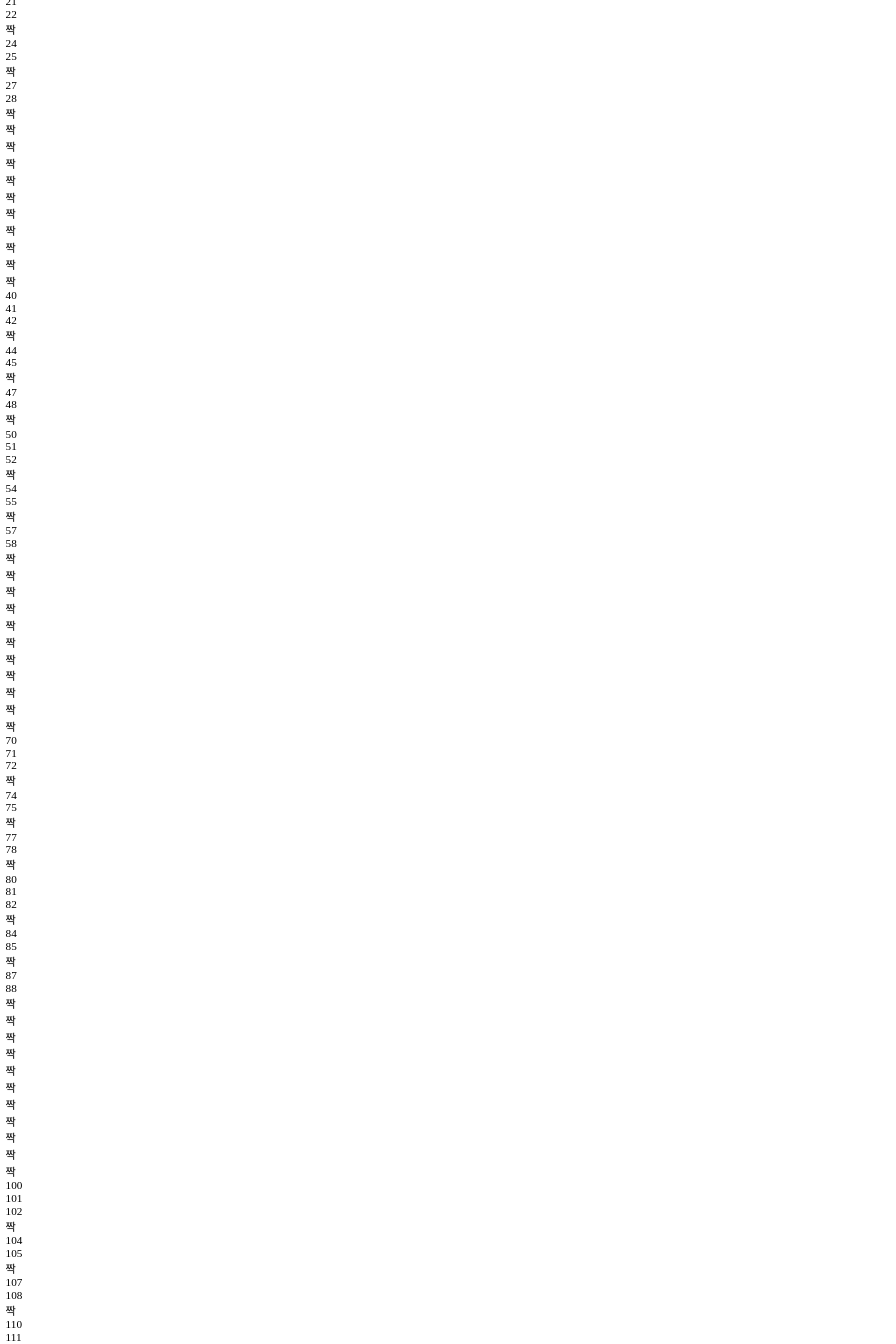
Repository: pshho/newJspProject
Page: http://localhost/JspProj/threesixnine/threesixnine.jsp
These files come from the project's save history. The page is drawn as it stood at one moment and after the next save; the edit follows.
The browser window is 1280 px wide. The pictures show the part of the page from y = 470 to 2390 px (the page is 21243 px tall), at 70% of full size.
The page is served by Tomcat 9. Other server files are loaded and not shown.

Above is the page before, as saved 2023-07-26 04:20:27.

### JspProj/src/main/webapp/threesixnine/threesixnine.jsp
<%@ page language="java" contentType="text/html; charset=UTF-8"
    pageEncoding="UTF-8"%>
<!DOCTYPE html>
<html>
<head>
<meta charset="UTF-8">
<title>3, 6, 9</title>
</head>
<body>
	<h2>3, 6, 9</h2>
	<%
		for(int i=1; i<1000; i++){
			int a = i/10;
			int b = i%10;

			String text = "";

			if(a%3==0 && a!=0){
				text += "짝";
			}else if(b%3==0 && b!=0){
				text += "짝";
			}else if(text.equals("")){
				text += i;
			}

			out.println(text + "<br/>");
		}
	%>
</body>
</html>

After the next save:
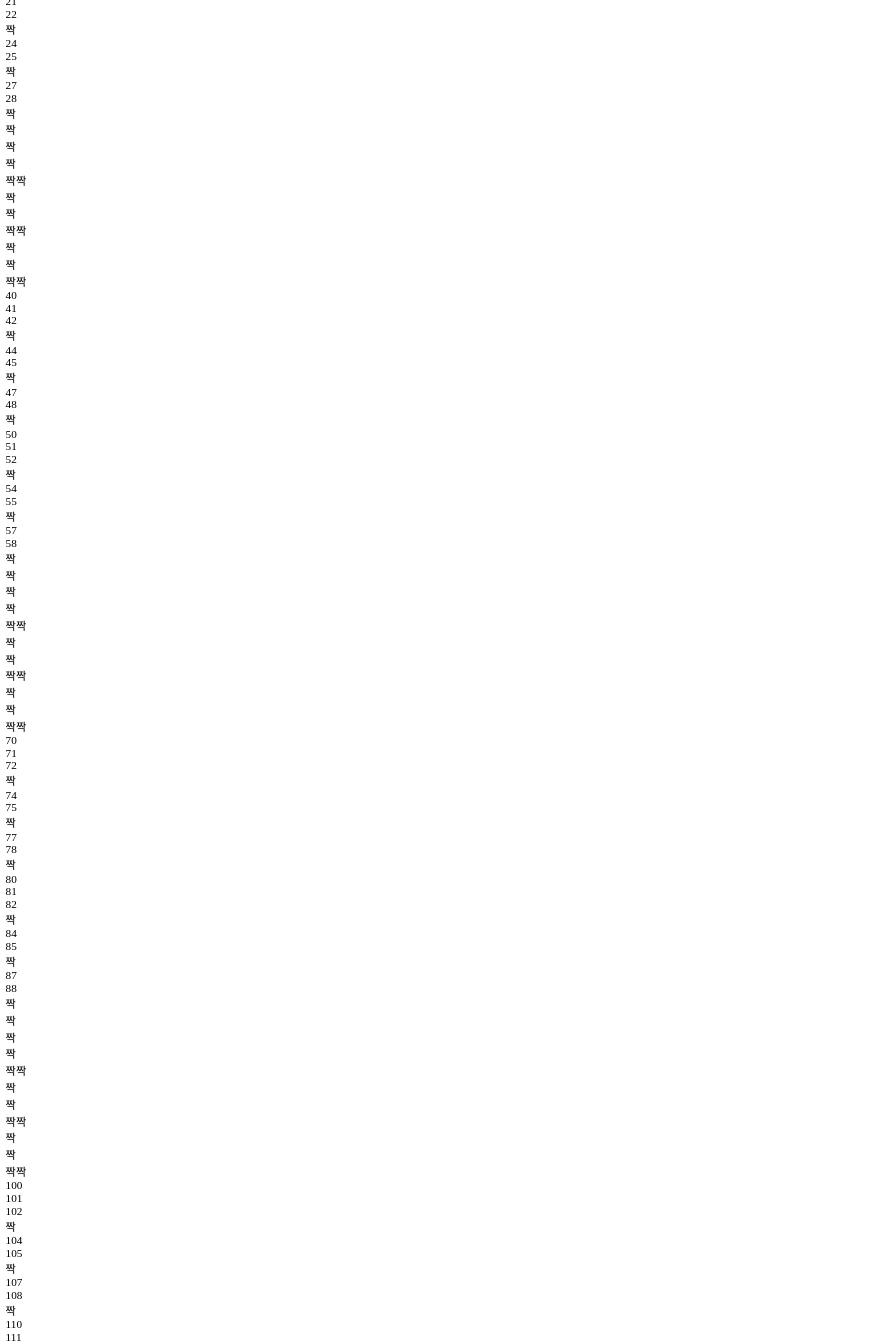
Saved 37 s later.
--- a/JspProj/src/main/webapp/threesixnine/threesixnine.jsp
+++ b/JspProj/src/main/webapp/threesixnine/threesixnine.jsp
@@ -17,9 +17,13 @@
 
 			if(a%3==0 && a!=0){
 				text += "짝";
-			}else if(b%3==0 && b!=0){
+			}
+
+			if(b%3==0 && b!=0){
 				text += "짝";
-			}else if(text.equals("")){
+			}
+
+			if(text.equals("")){
 				text += i;
 			}
 
